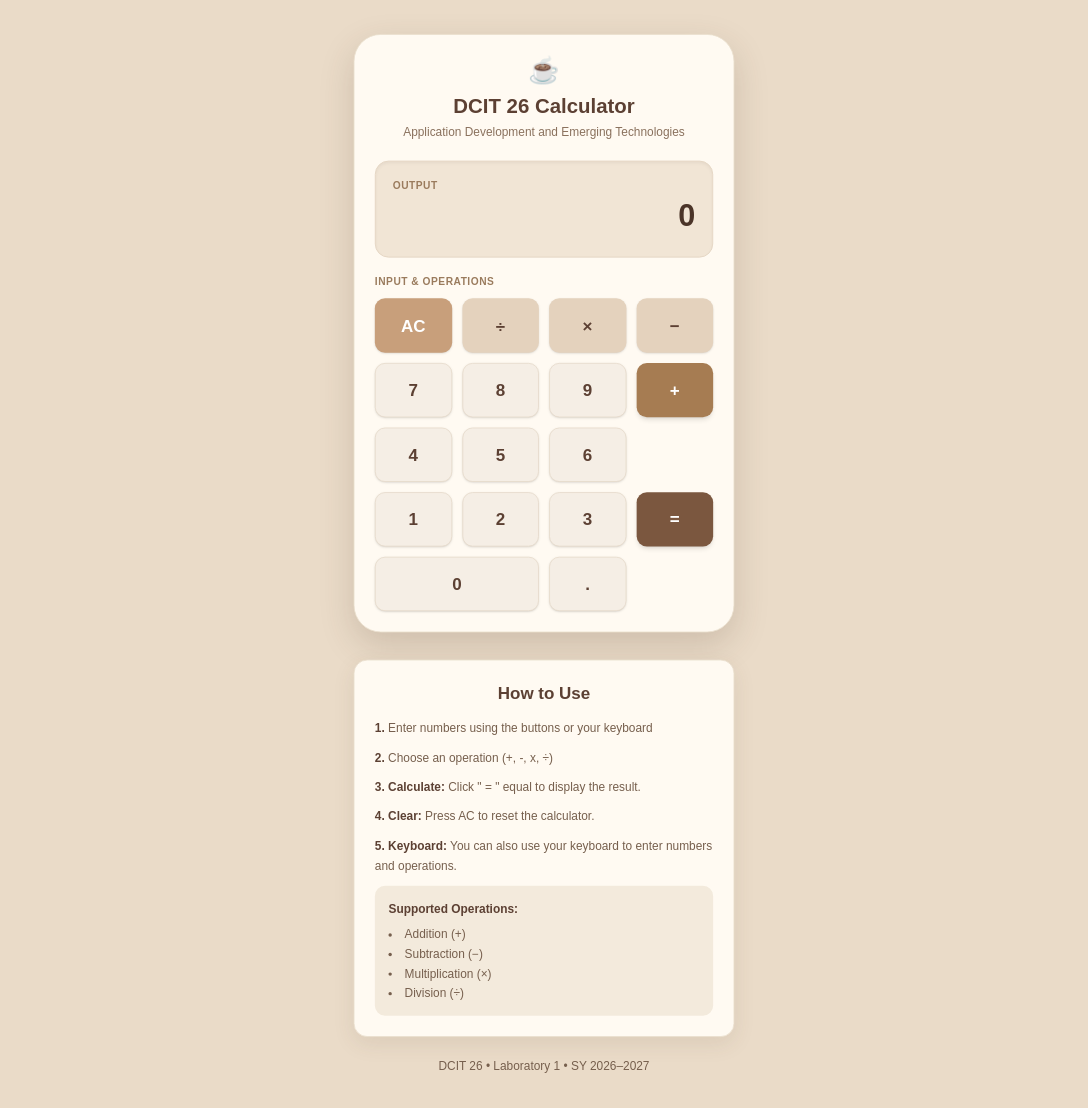
Repository: JulyoGit/first
Page: /
An editor plug-in stored every save of this project. The page is shown before and after the next save, followed by the edit.
The browser window is 1280 px wide. The pictures show the whole page, at 85% of full size.
The project was rebuilt for these pictures with package versions that can differ from the ones it lists, and the page was loaded fresh each time. Also part of the build but not shown: vite.config.js.

Above is the page before, as saved 2026-09-27 15:33:19.

### index.html
<!doctype html>
<html lang="en">
  <head>
    <meta charset="UTF-8" />
    <link rel="icon" type="image/svg+xml" href="/favicon.svg" />
    <meta name="viewport" content="width=device-width, initial-scale=1.0" />
    <title>calculator</title>
  </head>
  <body>
    <div id="root"></div>
    <script type="module" src="/src/main.jsx"></script>
  </body>
</html>

### src/index.css
@import "tailwindcss";

* {
  box-sizing: border-box;
}

body {
  margin: 0;
  min-width: 320px;
  min-height: 100vh;
  font-family: Arial, Helvetica, sans-serif;
}

### src/App.jsx

import { useEffect, useState } from "react";

function CalculatorButton({ children, onClick, className = "" }) {
  return (
    <button
      onClick={onClick}
      className={`h-16 rounded-xl text-xl font-semibold transition-all duration-150 active:scale-95 hover:brightness-95 focus:outline-none focus:ring-2 focus:ring-[#a67c52] ${className}`}
    >
      {children}
    </button>
  );
}

function UserGuide() {
  return (
    <section className="mt-8 rounded-2xl bg-[#fffaf2] p-6 shadow-[0_8px_25px_rgba(90,65,45,0.10)] border border-[#eadfce]">
      <h2 className="mb-4 text-xl font-bold text-[#5c4033] text-center">
        How to Use
      </h2>

      <div className="space-y-3 text-sm leading-relaxed text-[#765f4d]">
        <p>
          <strong className="text-[#5c4033]">1. </strong>{" "}
          Enter numbers using the buttons or your keyboard
        </p>

        <p>
          <strong className="text-[#5c4033]">2. </strong>{" "}
          Choose an operation (+, -, x, ÷)
        </p>

        <p>
          <strong className="text-[#5c4033]">3. Calculate:</strong>{" "}
          Click " = " equal to display the result.
        </p>

        <p>
          <strong className="text-[#5c4033]">4. Clear:</strong>{" "}
          Press AC to reset the calculator.
        </p>

        <p>
          <strong className="text-[#5c4033]">5. Keyboard:</strong>{" "}
          You can also use your keyboard to enter numbers and operations.
        </p>

        <div className="rounded-xl bg-[#f3eadc] p-4">
          <strong className="text-[#5c4033]">Supported Operations:</strong>

          <ul className="mt-2 list-inside list-disc text-[#765f4d]">
            <li>Addition (+)</li>
            <li>Subtraction (−)</li>
            <li>Multiplication (×)</li>
            <li>Division (÷)</li>
          </ul>
        </div>
      </div>
    </section>
  );
}

function Calculator() {
  const [display, setDisplay] = useState("0");
  const [firstNumber, setFirstNumber] = useState(null);
  const [operator, setOperator] = useState(null);
  const [waitingForSecondNumber, setWaitingForSecondNumber] = useState(false);

  const calculate = (first, second, operation) => {
    switch (operation) {
      case "+":
        return first + second;
      case "-":
        return first - second;
      case "×":
        return first * second;
      case "÷":
        if (second === 0) {
          return "Error";
        }
        return first / second;
      default:
        return second;
    }
  };

  const inputNumber = (number) => {
    if (display === "Error") {
      setDisplay(number);
      return;
    }

    if (waitingForSecondNumber) {
      setDisplay(number);
      setWaitingForSecondNumber(false);
    } else {
      setDisplay(display === "0" ? number : display + number);
    }
  };

  const inputDecimal = () => {
    if (display === "Error") {
      setDisplay("0.");
      return;
    }

    if (waitingForSecondNumber) {
      setDisplay("0.");
      setWaitingForSecondNumber(false);
      return;
    }

    if (!display.includes(".")) {
      setDisplay(display + ".");
    }
  };

  const chooseOperator = (nextOperator) => {
    if (display === "Error") {
      return;
    }

    const inputValue = parseFloat(display);

    if (firstNumber === null) {
      setFirstNumber(inputValue);
    } else if (operator) {
      const result = calculate(firstNumber, inputValue, operator);

      if (result === "Error") {
        setDisplay("Error");
        setFirstNumber(null);
        setOperator(null);
        return;
      }

      setDisplay(String(result));
      setFirstNumber(result);
    }

    setOperator(nextOperator);
    setWaitingForSecondNumber(true);
  };

  const performCalculation = () => {
    if (
      firstNumber === null ||
      operator === null ||
      display === "Error"
    ) {
      return;
    }

    const secondNumber = parseFloat(display);
    const result = calculate(firstNumber, secondNumber, operator);

    if (result === "Error") {
      setDisplay("Error");
    } else {
      setDisplay(String(result));
    }

    setFirstNumber(null);
    setOperator(null);
    setWaitingForSecondNumber(true);
  };

  const clearCalculator = () => {
    setDisplay("0");
    setFirstNumber(null);
    setOperator(null);
    setWaitingForSecondNumber(false);
  };

  useEffect(() => {
    const handleKeyDown = (event) => {
      const key = event.key;

      if (key >= "0" && key <= "9") {
        inputNumber(key);
      } else if (key === ".") {
        inputDecimal();
      } else if (key === "+") {
        chooseOperator("+");
      } else if (key === "-") {
        chooseOperator("-");
      } else if (key === "*") {
        chooseOperator("×");
      } else if (key === "/") {
        event.preventDefault();
        chooseOperator("÷");
      } else if (key === "Enter" || key === "=") {
        performCalculation();
      } else if (key === "Escape" || key.toLowerCase() === "c") {
        clearCalculator();
      }
    };

    window.addEventListener("keydown", handleKeyDown);

    return () => {
      window.removeEventListener("keydown", handleKeyDown);
    };
  });

  return (
    <div className="w-full max-w-md rounded-[2rem] bg-[#fffaf2] p-6 shadow-[0_15px_40px_rgba(76,55,38,0.18)] border border-[#eadfce]">
      <div className="mb-6 text-center">
        <div className="mb-2 text-3xl">☕</div>

        <h1 className="text-2xl font-bold text-[#5c4033]">
          DCIT 26 Calculator
        </h1>

        <p className="mt-1 text-sm text-[#8a715d]">
          Application Development and Emerging Technologies
        </p>
      </div>

      <div className="mb-5 rounded-2xl bg-[#f1e5d5] p-5 shadow-inner border border-[#e3d4c1]">
        <p className="mb-2 text-xs font-semibold uppercase tracking-wider text-[#9a7b5d]">
          Output
        </p>

        <div className="min-h-12 overflow-x-auto text-right text-4xl font-bold text-[#4b3428]">
          {display}
        </div>

        {operator && firstNumber !== null && (
          <div className="mt-2 text-right text-sm text-[#8a715d]">
            {firstNumber} {operator}
          </div>
        )}
      </div>

      <div>
        <p className="mb-3 text-xs font-semibold uppercase tracking-wider text-[#9a7b5d]">
          Input & Operations
        </p>

        <div className="grid grid-cols-4 gap-3">
          <CalculatorButton
            onClick={clearCalculator}
            className="bg-[#c89f7b] text-white shadow-sm"
          >
            AC
          </CalculatorButton>

          <CalculatorButton
            onClick={() => chooseOperator("÷")}
            className="bg-[#e4d2bd] text-[#5c4033] shadow-sm"
          >
            ÷
          </CalculatorButton>

          <CalculatorButton
            onClick={() => chooseOperator("×")}
            className="bg-[#e4d2bd] text-[#5c4033] shadow-sm"
          >
            ×
          </CalculatorButton>

          <CalculatorButton
            onClick={() => chooseOperator("-")}
            className="bg-[#e4d2bd] text-[#5c4033] shadow-sm"
          >
            −
          </CalculatorButton>

          <CalculatorButton
            onClick={() => inputNumber("7")}
            className="bg-[#f5eee5] text-[#5c4033] shadow-sm border border-[#e8dccd]"
          >
            7
          </CalculatorButton>

          <CalculatorButton
            onClick={() => inputNumber("8")}
            className="bg-[#f5eee5] text-[#5c4033] shadow-sm border border-[#e8dccd]"
          >
            8
          </CalculatorButton>

          <CalculatorButton
            onClick={() => inputNumber("9")}
            className="bg-[#f5eee5] text-[#5c4033] shadow-sm border border-[#e8dccd]"
          >
            9
          </CalculatorButton>

          <CalculatorButton
            onClick={() => chooseOperator("+")}
            className="row-span-2 bg-[#a67c52] text-white shadow-md"
          >
            +
          </CalculatorButton>

          <CalculatorButton
            onClick={() => inputNumber("4")}
            className="bg-[#f5eee5] text-[#5c4033] shadow-sm border border-[#e8dccd]"
          >
            4
          </CalculatorButton>

          <CalculatorButton
            onClick={() => inputNumber("5")}
            className="bg-[#f5eee5] text-[#5c4033] shadow-sm border border-[#e8dccd]"
          >
            5
          </CalculatorButton>

          <CalculatorButton
            onClick={() => inputNumber("6")}
            className="bg-[#f5eee5] text-[#5c4033] shadow-sm border border-[#e8dccd]"
          >
            6
          </CalculatorButton>

          <CalculatorButton
            onClick={() => inputNumber("1")}
            className="bg-[#f5eee5] text-[#5c4033] shadow-sm border border-[#e8dccd]"
          >
            1
          </CalculatorButton>

          <CalculatorButton
            onClick={() => inputNumber("2")}
            className="bg-[#f5eee5] text-[#5c4033] shadow-sm border border-[#e8dccd]"
          >
            2
          </CalculatorButton>

          <CalculatorButton
            onClick={() => inputNumber("3")}
            className="bg-[#f5eee5] text-[#5c4033] shadow-sm border border-[#e8dccd]"
          >
            3
          </CalculatorButton>

          <CalculatorButton
            onClick={performCalculation}
            className="row-span-2 bg-[#7b573f] text-white shadow-md"
          >
            =
          </CalculatorButton>

          <CalculatorButton
            onClick={() => inputNumber("0")}
            className="col-span-2 bg-[#f5eee5] text-[#5c4033] shadow-sm border border-[#e8dccd]"
          >
            0
          </CalculatorButton>

          <CalculatorButton
            onClick={inputDecimal}
            className="bg-[#f5eee5] text-[#5c4033] shadow-sm border border-[#e8dccd]"
          >
            .
          </CalculatorButton>
        </div>
      </div>
    </div>
  );
}

function App() {
  return (
    <main className="min-h-screen bg-[#eadbc8] px-4 py-10">
      <div className="mx-auto max-w-md">
        <Calculator />

        <UserGuide />

        <footer className="mt-6 text-center text-sm text-[#765f4d]">
          DCIT 26 • Laboratory 1 • SY 2026–2027
        </footer>
      </div>
    </main>
  );
}

export default App;

Loaded but not shown: src/main.jsx (common file)

After the next save:
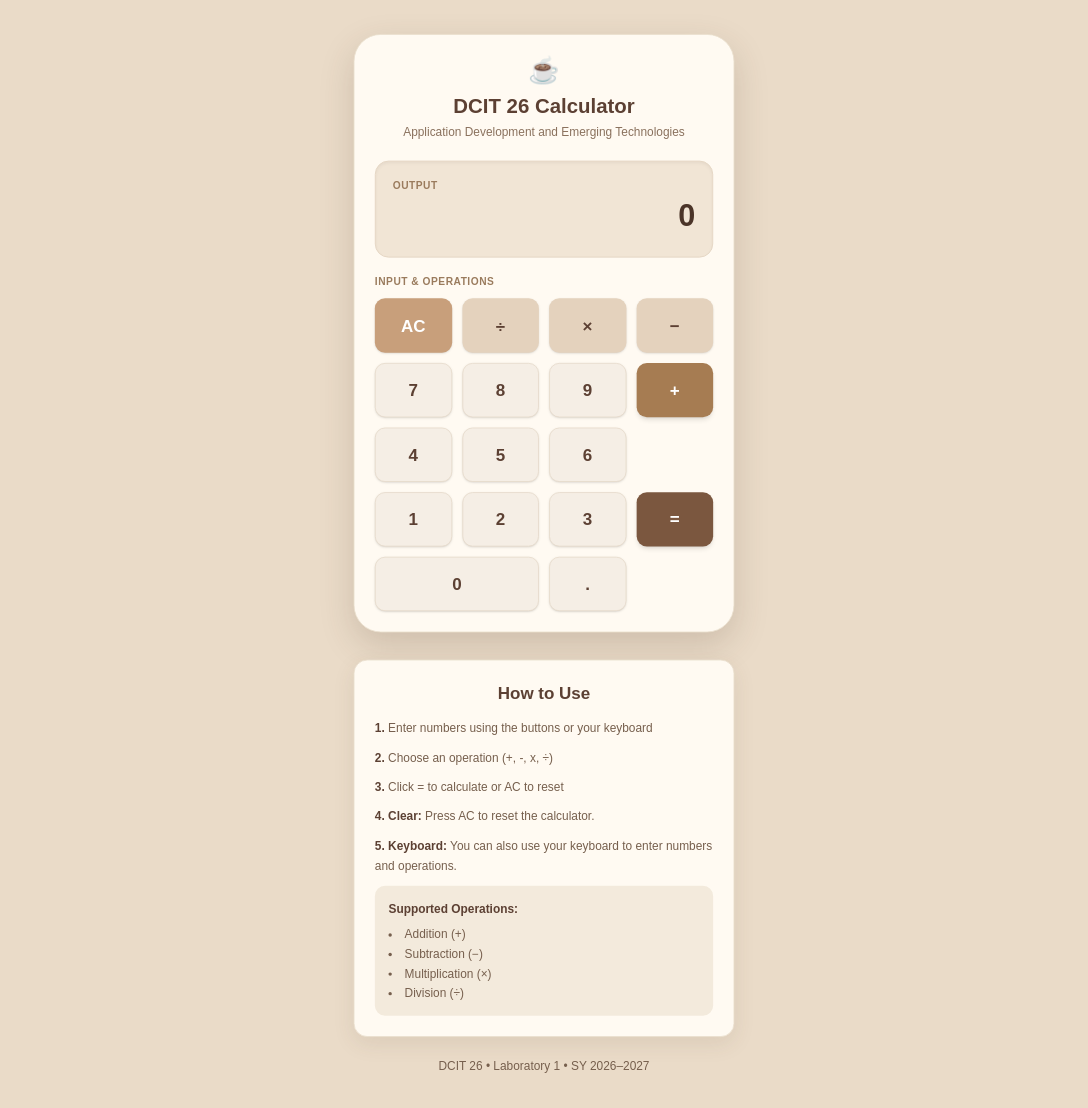
Saved 48 s later.
--- a/src/App.jsx
+++ b/src/App.jsx
@@ -31,8 +31,8 @@
         </p>
 
         <p>
-          <strong className="text-[#5c4033]">3. Calculate:</strong>{" "}
-          Click " = " equal to display the result.
+          <strong className="text-[#5c4033]">3. </strong>{" "}
+          Click = to calculate or AC to reset
         </p>
 
         <p>
